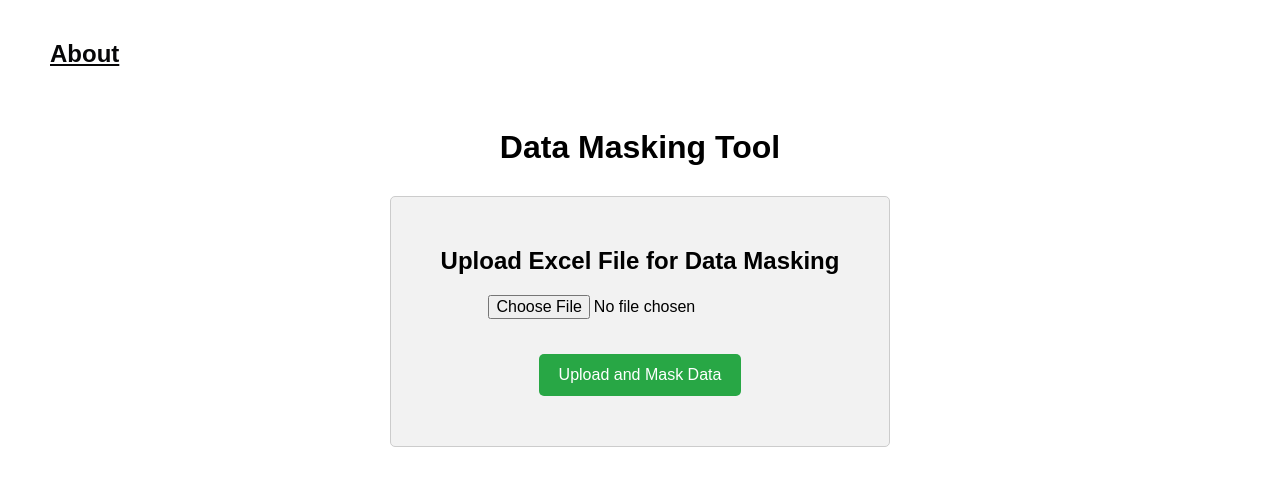
Repository: prithika12/DataMasking_Tool
Page: index.html
These files come from the project's save history. The page is drawn as it stood at one moment and after the next save; the edit follows.
The browser window is 1280 px wide. The pictures show the whole page.

Above is the page before, as saved 2024-07-09 12:23:14.

### index.html
<!DOCTYPE html>
<html>
<head>
    <title>Data Masking Tool</title>
    <link rel="stylesheet" type="text/css" href="styles.css">
</head>
<body>
    <h1>Data Masking Tool</h1>
    <div class="container">
        <h2>Upload Excel File for Data Masking</h2>
        <form action="/uploader" method="post" enctype="multipart/form-data">
            <input type="file" name="file" accept=".xlsx">
            <button type="submit">Upload and Mask Data</button>
        </form>
    </div>
    <div class="about-link">
        <a href="https://github.com/prithika12/DataMasking_Tool/blob/main/README.md" target="_blank">About</a>
    </div>
</body>
</html>

### styles.css
/* styles.css */
body {
    font-family: Arial, sans-serif;
    margin: 0px;
    padding: 0;
    display: flex;
    flex-direction: column; /* Align items in a column */
    justify-content: center; /* Center vertically */
    align-items: center; /* Center horizontally */
    height: 80vh; /* Full viewport height */
}
.container {
    max-width: 600px;
    padding: 30px 50px;
    background-color: #f2f2f2;
    border: 1px solid #ccc;
    border-radius: 5px;
    text-align: center; /* Center text inside container */
}
h1 {
    text-align: center; /* Center text */
    margin-top: 0; /* Remove default margin */
    margin-bottom: 30px;
}
h2 {
    text-align: center;
}
input[type="file"] {
    display: block;
    font-size: medium;
    margin: 20px auto;
}
button {
    display: block;
    margin: 20px auto;
    font-size: medium;
    margin-top: 35px;
    padding: 12px 20px;
    background-color: #28a745;
    color: white;
    border: none;
    border-radius: 5px;
    cursor: pointer;
}
button:hover {
    background-color: #218838;
}
.about-link {
    position: absolute;
    top: 20px;
    left: 20px;
    padding: 20px 30px;
}
.about-link a {
    color: #070708;
    font-size: x-large;
    font-weight: bold;
    text-decoration: underline;
}
.about-link a:hover {
    text-decoration: underline;
}

After the next save:
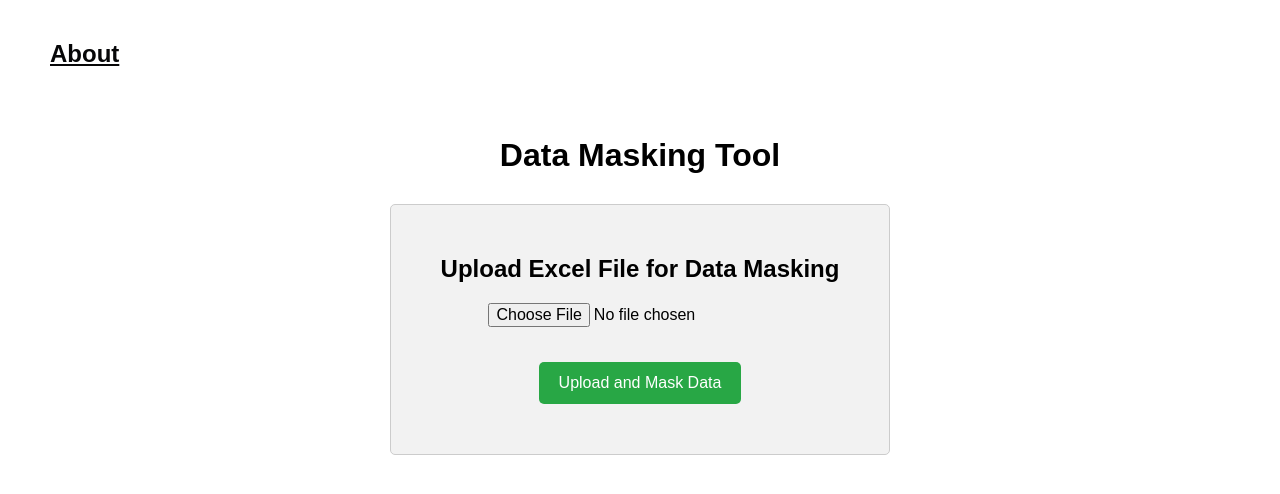
Saved 5 min 9 s later.
--- a/styles.css
+++ b/styles.css
@@ -1,8 +1,6 @@
 /* styles.css */
 body {
     font-family: Arial, sans-serif;
-    margin: 0px;
-    padding: 0;
     display: flex;
     flex-direction: column; /* Align items in a column */
     justify-content: center; /* Center vertically */
